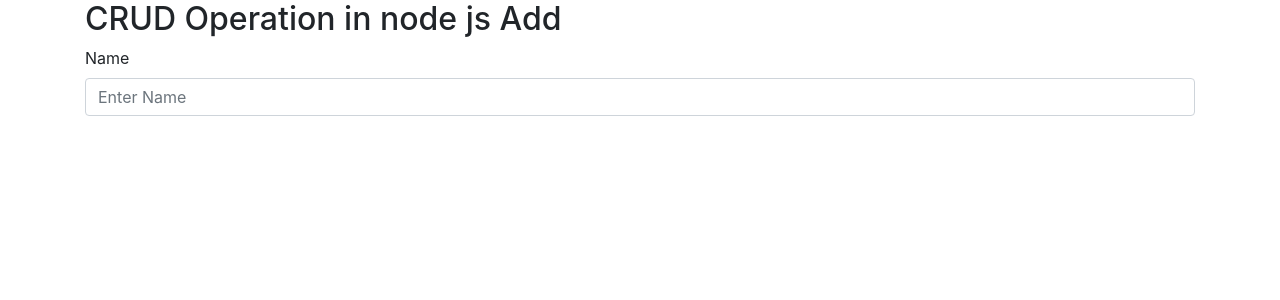
Repository: vijayponnal/crud_nodejs_mysql
Page: http://localhost/add
The author's editor kept a copy of each file at every save. The page is drawn from the files as they stood at one save, then again after the next save.
The browser window is 1280 px wide. The pictures show the whole page.
The page is served by the project's Node server (app.js).

Above is the page before, as saved 2020-04-22 19:39:46.
Console error: TypeError: Cannot read properties of undefined (reading 'fn')

### views/user_add.ejs
<html>
    <head>
        <title>CRUD using node js</title>
        <meta name="viewport" content="width=device-width, initial-scale=1">
        <link rel="stylesheet" href="https://stackpath.bootstrapcdn.com/bootstrap/4.3.1/css/bootstrap.min.css"  crossorigin="anonymous">
<script src="https://stackpath.bootstrapcdn.com/bootstrap/4.3.1/js/bootstrap.min.js" crossorigin="anonymous"></script>
<script src="https://code.jquery.com/jquery-3.3.1.slim.min.js"  crossorigin="anonymous"></script>
<script src="https://cdnjs.cloudflare.com/ajax/libs/popper.js/1.14.7/umd/popper.min.js" crossorigin="anonymous"></script>
    </head>
    <body>
        <div class="container">
            <h2><%= title %></h2>
            <form action="/save" method="post">
            <div class="form-group">
                <label for="name">Name</label>
                <input type="text" name = "name" id="name" class="form-control" placeholder="Enter Name">
            </div>
            </form>
            </div>
    </body>
</html>

### app.js
const path = require('path');
const express = require('express');
const ejs = require('ejs');
const bodyParser = require('body-parser');
const mysql = require('mysql');
const app = express();

const connection = mysql.createConnection({
    host:'localhost',
    user:'root',
    password:'admin123',
    database:'node_js_crud',
});

connection.connect(function(error){
    if(!!error) console.log(error);
    else console.log('Db connected succesfully ');
});

//set views file
app.set('views',path.join(__dirname,'views'));

//set view engine
app.set('view engine','ejs');
app.use(bodyParser.json());
app.use(bodyParser.urlencoded({ extended: false}));


app.get('/',(req,res) => {
    let sql="select * from users";
    let query= connection.query(sql,(err,rows)=>{
        if(err) throw err;
        res.render('user_index',{
            title: 'CRUD Operation in node js',
            users: rows
        });
    });
});

//Add new
app.get('/add',(req,res) => {
        res.render('user_add',{
            title: 'CRUD Operation in node js Add',

        });

});
//server listining
app.listen(3000,() => {
    console.log('server running at post 3000');
});

After the next save:
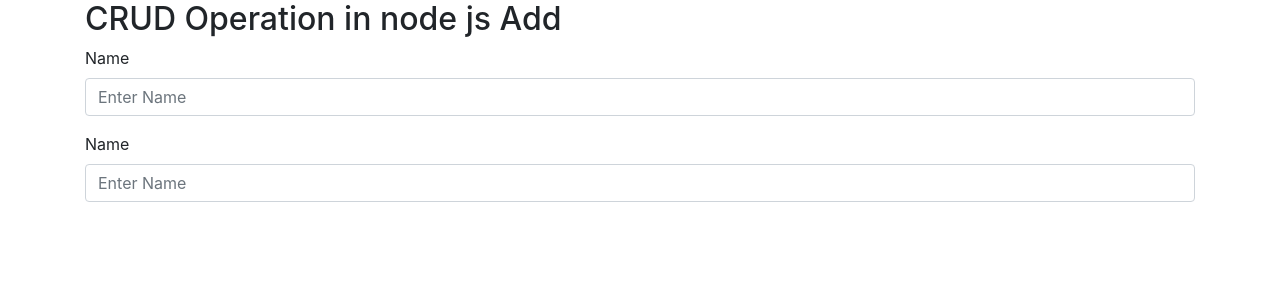
Saved 7 s later.
--- a/views/user_add.ejs
+++ b/views/user_add.ejs
@@ -15,6 +15,10 @@
                 <label for="name">Name</label>
                 <input type="text" name = "name" id="name" class="form-control" placeholder="Enter Name">
             </div>
+            <div class="form-group">
+                <label for="name">Name</label>
+                <input type="text" name = "name" id="name" class="form-control" placeholder="Enter Name">
+            </div>
             </form>
             </div>
     </body>
